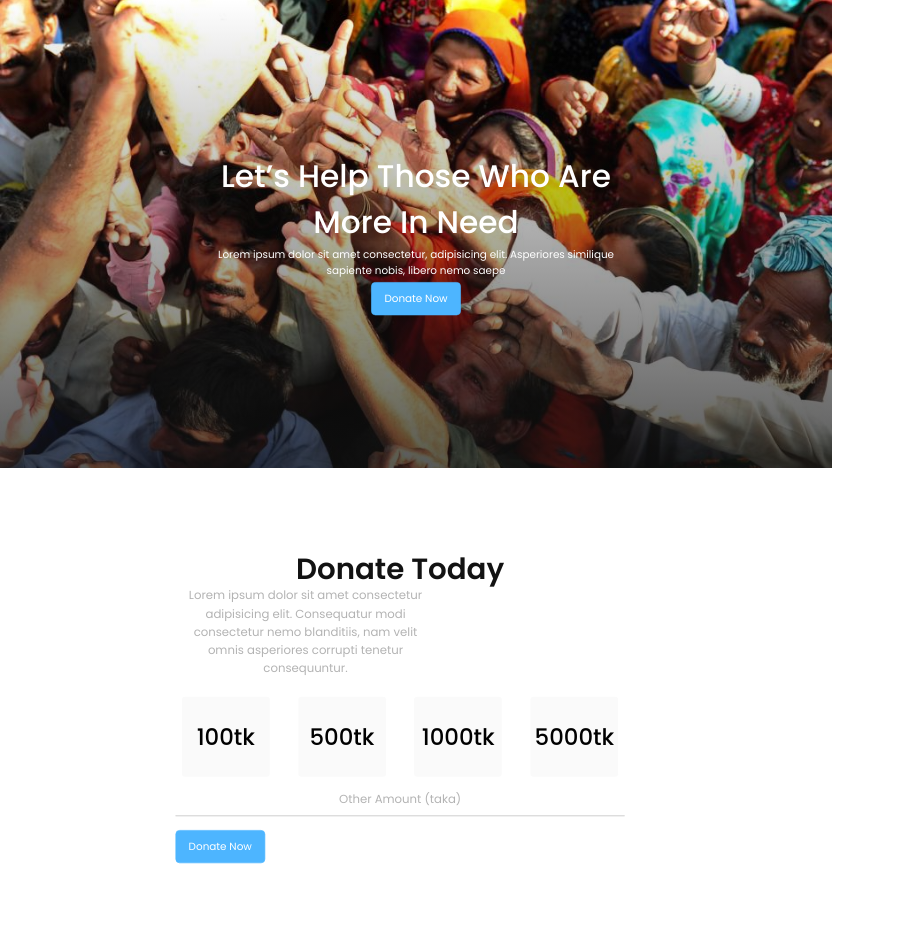
Repository: mdrubel02/donate-website
Page: index.html
The author's editor kept a copy of each file at every save. The page is drawn from the files as they stood at one save, then again after the next save.
The browser window is 1280 px wide. The page is 1280 px wide, then 1414 px, so the pictures cover 1414 px, including what lies to the right of the window. The pictures show the whole page, at 65% of full size.

Above is the page before, as saved 2022-07-06 15:06:16.

After the next save:
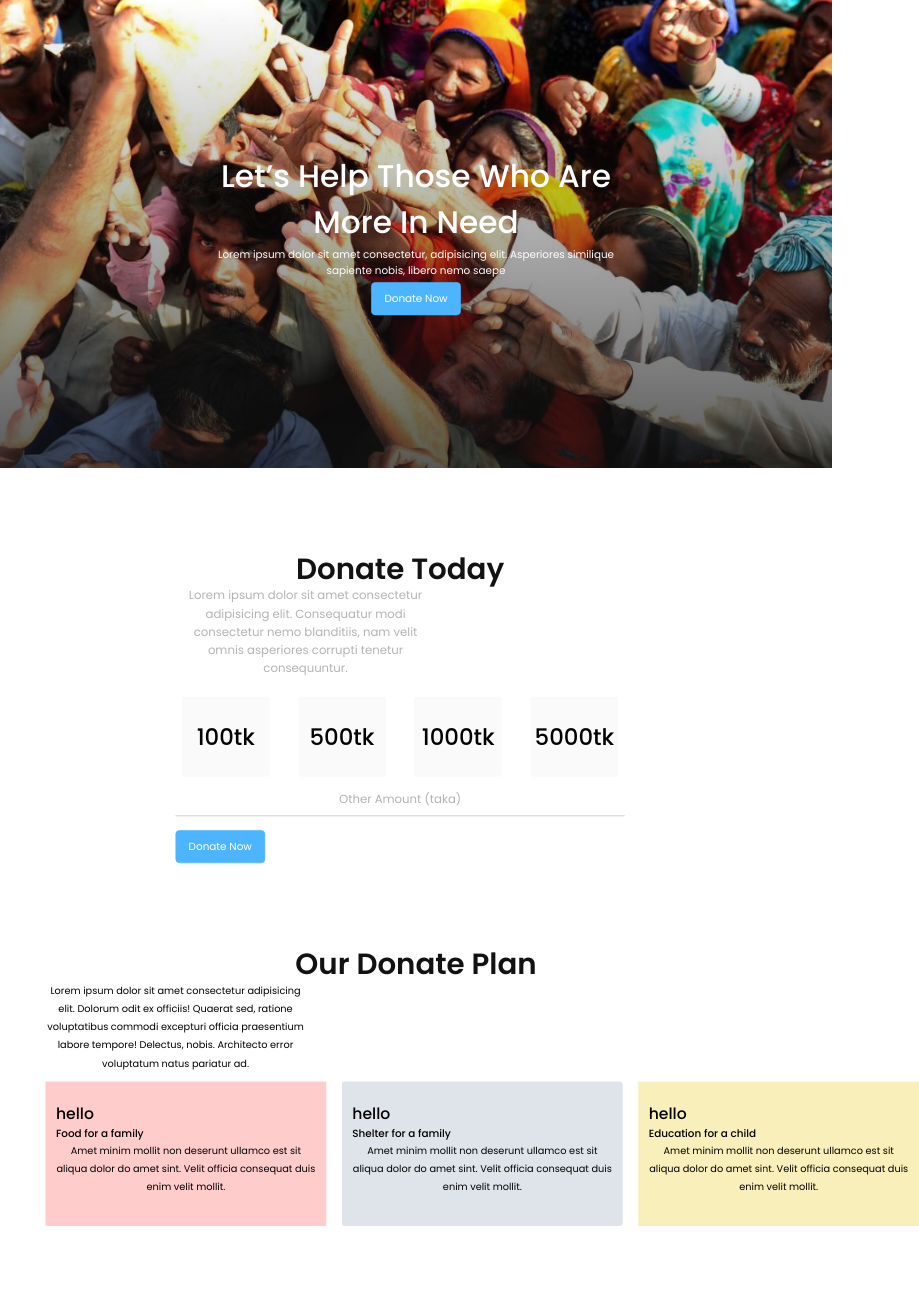
Saved 35 s later.
--- a/index.html
+++ b/index.html
@@ -49,7 +49,7 @@
     </section>
 
     <!---------- donate plan section-------- -->
-    <!-- <section class="container">
+    <section class="container">
         <h3 class="section-title">Our Donate Plan</h3>
         <p class="small-title">Lorem ipsum dolor sit amet consectetur adipisicing elit. Dolorum odit ex officiis! Quaerat sed, ratione voluptatibus commodi excepturi officia praesentium labore tempore! Delectus, nobis. Architecto error voluptatum natus pariatur ad.</p>
         <div class="donate-plan-section">
@@ -69,7 +69,7 @@
                 <p class="small-title">Amet minim mollit non deserunt ullamco est sit aliqua dolor do amet sint. Velit officia consequat duis enim velit mollit.</p>
             </div>
         </div>
-    </section> -->
+    </section>
 </body>
 
 </html>
